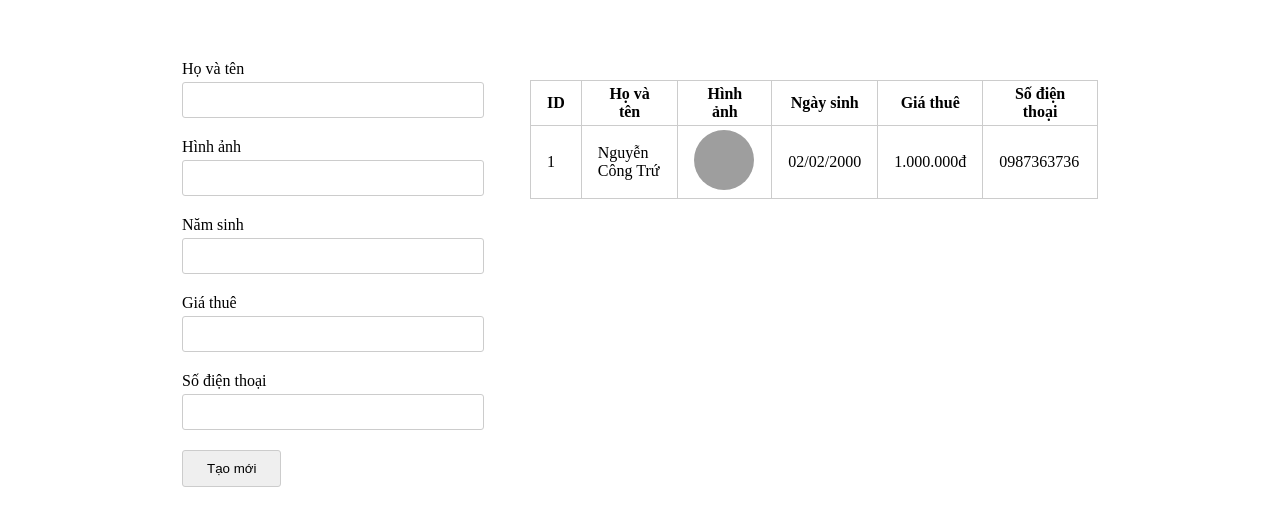
Repository: AnhTuan191298/sent-file-hoang
Page: js_kol-check/index.html
These files come from the project's save history. The page is drawn as it stood at one moment and after the next save; the edit follows.
The browser window is 1280 px wide. The pictures show the whole page.
Pictures or frames that could not be fetched are drawn as grey boxes.

Above is the page before, as saved 2021-02-04 21:18:16.

### js_kol-check/index.html
<!DOCTYPE html>
<html lang="en">
<head>
    <meta charset="UTF-8">
    <meta name="viewport" content="width=device-width, initial-scale=1.0">
    <title>Document</title>
    <style>
        .app {
            width: 980px;
            margin: 0 auto;
            display: flex;
        }
        #form {
            flex: 2;
            padding: 32px;
        }
        #list {
            flex: 4;
            padding: 32px;
            margin-top: 40px;
        }
        table {
            border-collapse: collapse;
        }
        table th, table td {
            border: 1px solid #ccc;
            padding: 4px 16px;
        }
        .form-group {
            margin-top: 20px;
        }
        .form-group label {
            display: block;
            margin-bottom: 4px;
        }
        .form-group input {
            display: block;
            width: 100%;
            height: 34px;
            border-radius: 3px;
            border: 1px solid #ccc;
            outline: none;
            padding: 0 8px;
        }
        .avatar {
            width: 60px;
            height: 60px;
            border-radius: 50%;
        }
        .submit-btn {
            padding: 10px 24px;
            border-radius: 3px;
            border: 1px solid #ccc;
        }
    </style>
</head>
<body>
    <div class="app">
        <form action="" id="form">
            <div class="form-group">
                <label for="fullname">Họ và tên</label>
                <input id="fullname" type="text" name="fullname" class="form-control">
            </div>
            <div class="form-group">
                <label for="image">Hình ảnh</label>
                <input id="image" type="text" name="image" class="form-control">
            </div>
            <div class="form-group">
                <label for="birth">Năm sinh</label>
                <input id="birth" type="text" name="birth" class="form-control">
            </div>
            <div class="form-group">
                <label for="price">Giá thuê</label>
                <input id="price" type="text" name="price" class="form-control">
            </div>
            <div class="form-group">
                <label for="phone">Số điện thoại</label>
                <input id="phone" type="text" name="phone" class="form-control">
            </div>
            <div class="form-group">
                <button class="submit-btn">Tạo mới</button>
            </div>
        </form>
        <!-- List -->
        <div id="list">
            <table>
                <thead>
                    <tr>
                        <th>ID</th>
                        <th>Họ và tên</th>
                        <th>Hình ảnh</th>
                        <th>Ngày sinh</th>
                        <th>Giá thuê</th>
                        <th>Số điện thoại</th>
                    </tr>
                </thead>
                <tbody id="kol-list">
                    <tr>
                        <td>1</td>
                        <td>Nguyễn Công Trứ</td>
                        <td>
                            <img class="avatar" src="https://64.media.tumblr.com/d1b06afb69cf8b615690ff734129e902/f04605d2cb559bfc-d8/s1280x1920/f91d82446d71c5ee9ace99af4936adcd5549d93f.jpg" alt="">
                        </td>
                        <td>02/02/2000</td>
                        <td>1.000.000đ</td>
                        <td>0987363736</td>
                    </tr>
                </tbody>
            </table>
        </div>
    </div>
</body>
</html>

After the next save:
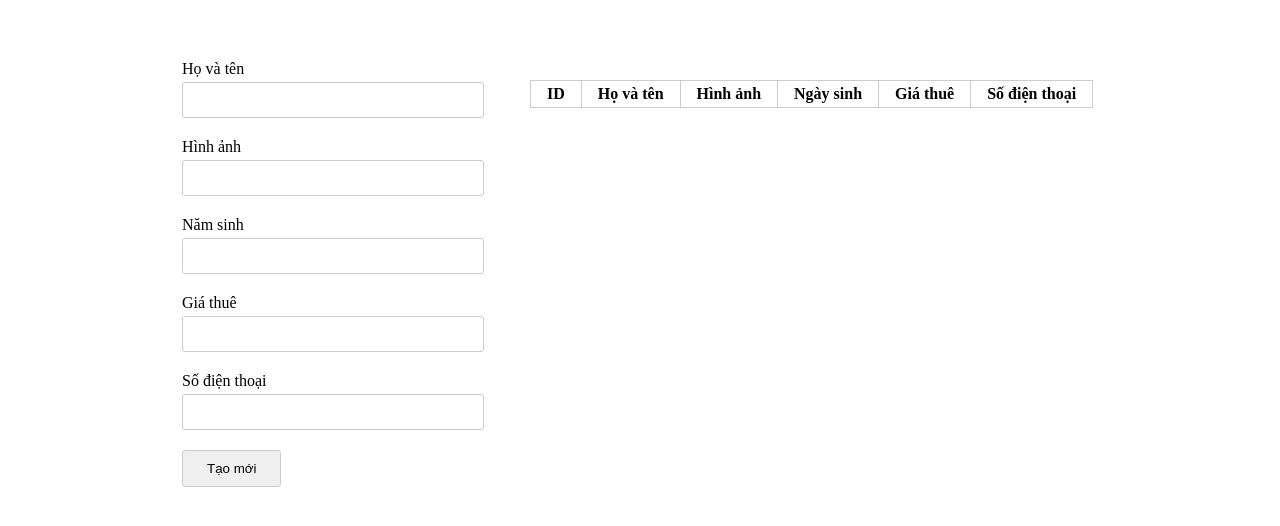
Saved 8 s later.
--- a/js_kol-check/index.html
+++ b/js_kol-check/index.html
@@ -95,7 +95,7 @@
                     </tr>
                 </thead>
                 <tbody id="kol-list">
-                    <tr>
+                    <!-- <tr>
                         <td>1</td>
                         <td>Nguyễn Công Trứ</td>
                         <td>
@@ -104,7 +104,7 @@
                         <td>02/02/2000</td>
                         <td>1.000.000đ</td>
                         <td>0987363736</td>
-                    </tr>
+                    </tr> -->
                 </tbody>
             </table>
         </div>
